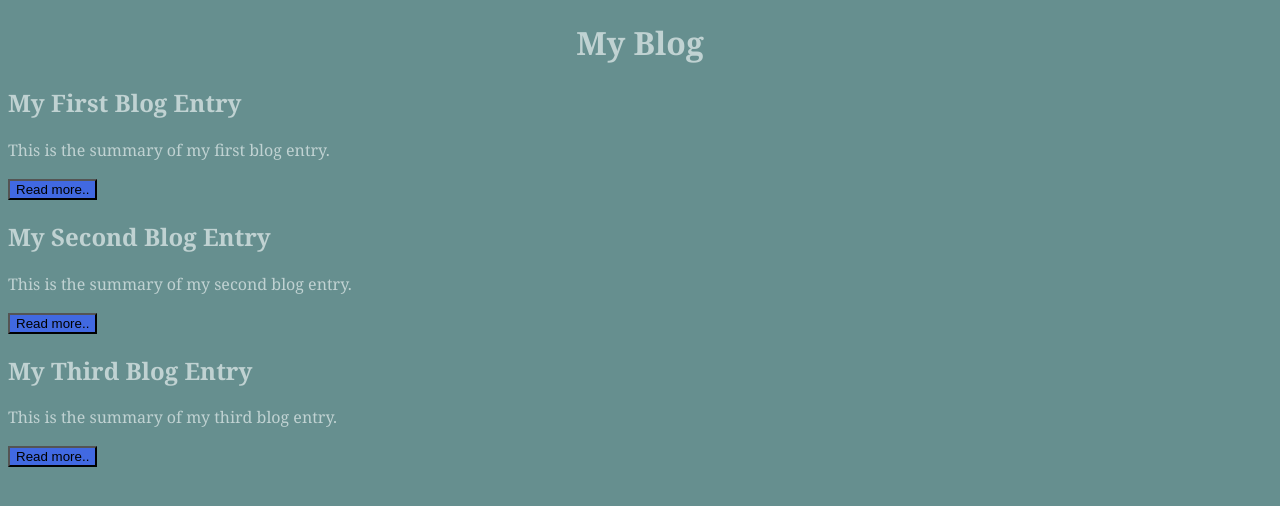
Repository: deniseada/class1
Page: /
These files come from the project's save history. The page is drawn as it stood at one moment and after a run of saves; the edit follows.
The browser window is 1280 px wide. The pictures show the whole page.
The project was rebuilt for these pictures with package versions that can differ from the ones it lists, and the page was loaded fresh each time. Also part of the build but not shown: vite.config.js.

Above is the page before, as saved 2025-09-10 14:00:50.

### index.html
<!DOCTYPE html>
<html lang="en">
  <head>
    <meta charset="UTF-8" />
    <!-- <link rel="icon" type="image/svg+xml" href="/vite.svg" />
-->
    <link rel="icon" type="image/png" href="/favicon.ico" />
    <meta name="viewport" content="width=device-width, initial-scale=1.0" />
    <title>class1-React</title>
  </head>
  <body>
    <div id="root"></div>
    <script type="module" src="/src/main.jsx"></script>
  </body>
</html>

### src/index.css
html {
  font-family: Georgia, "Times New Roman", Times, serif;
  background-color: rgb(102, 143, 143);
  color: rgb(192, 210, 210);
}
h1 {
  color: rgb(192, 210, 210);
  text-align: center;
}

button {
  background-color: royalblue;
}

### src/App.jsx
import BlogEntry from "./BlogEntry";

function App() {
  return (
    <div>
      <h1>My Blog</h1>
      <BlogEntry
        title="My First Blog Entry"
        summary="This is the summary of my first blog entry."
      />
      <BlogEntry
        title="My Second Blog Entry"
        summary="This is the summary of my second blog entry."
      />
      <BlogEntry
        title="My Third Blog Entry"
        summary="This is the summary of my third blog entry."
      />
    </div>
  );
}

export default App;

### src/BlogEntry.jsx
function BlogEntry(props) {
  const buttonLabel = "Read more..";
  return (
    <div>
      <h2>{props.title}</h2>
      <p>{props.summary}</p>
      <button>{buttonLabel}</button>
    </div>
  );
}

export default BlogEntry;

Loaded but not shown: src/main.jsx (common file)

After the next 2 saves:
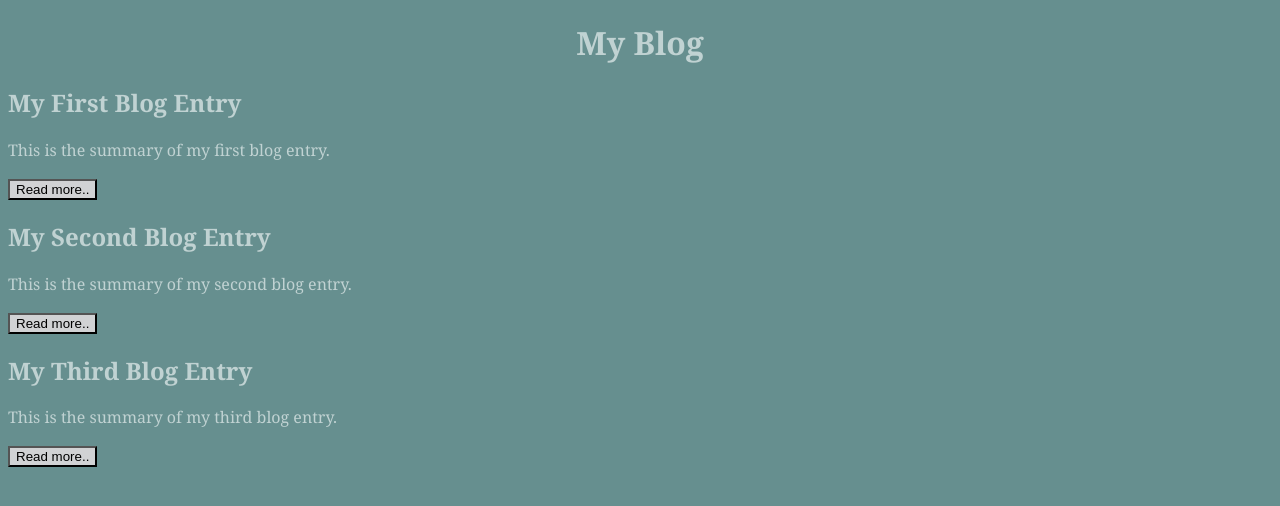
The 2 saves are shown as one change because they came seconds apart.
The last was saved 7 s later.
--- a/src/index.css
+++ b/src/index.css
@@ -9,5 +9,5 @@ h1 {
 }
 
 button {
-  background-color: royalblue;
+  background-color: rgb(209, 210, 212);
 }
